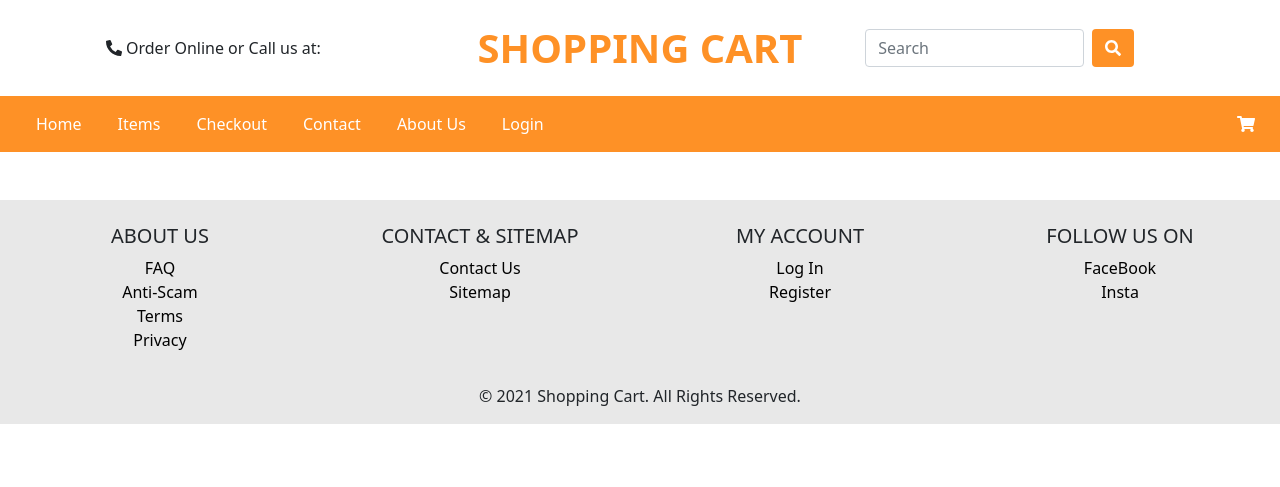
Repository: SaudCh/React-Ecommerce
Page: /cart
The author's editor kept a copy of each file at every save. The page is drawn from the files as they stood at one save, then again after the next save.
The browser window is 1280 px wide. The pictures show the whole page.
The project was rebuilt for these pictures with package versions that can differ from the ones it lists, and the page was loaded fresh each time. Also part of the build but not shown: src/App.css, src/Home/Carousel.jsx, src/data/items.js, src/data/discounted.js, src/Home/Card.jsx, src/Home/home.jsx, src/Login/Login.jsx, src/Register/register.jsx and 3 more.

Above is the page before, as saved 2021-12-22 15:37:16.

### src/App.js
import "./App.css";
import Header from "./Header/Header";
import "../node_modules/bootstrap/dist/css/bootstrap.min.css";
import "../node_modules/bootstrap/dist/js/bootstrap.bundle.min";
import Home from "./Home/home";
import { BrowserRouter, Switch, Route } from "react-router-dom";
import Login from "./Login/Login";
import Register from "./Register/register";
import Item from "./Item/item";
import Footer from "./Footer/Footer";
import React, { useState } from "react";
import Cart from "./Cart/Cart";
import CheckOut from "./CheckOut/CheckOut";

function App() {
  const [cart, setCart] = useState([]);
  const cartHandler = (prod) => {
    //console.log(prod);
    setCart((product) => [...product, prod]);
    //console.log(cart);
  };
  const removeCart = (id) => {
    //console.log(id);
    setCart((c) => {
      return c.filter((ca) => ca.id !== id);
    });
  };
  return (
    <BrowserRouter>
      <Header cart={cart} />
      <Switch>
        <Route path="/" exact>
          <Home cartHandler={cartHandler} />
        </Route>
        <Route path="/product/:pid" exact>
          <Item />
        </Route>
        <Route path="/login" exact>
          <Login />
        </Route>
        <Route path="/register" exact>
          <Register />
        </Route>
        <Route path="/cart" exact>
          {/* <Register /> */}
          <Cart cart={cart} removeCart={removeCart} />
        </Route>
        <Route path="/checkout" exact>
          <CheckOut />
        </Route>
      </Switch>
      <Footer />
    </BrowserRouter>
  );
}

export default App;

### src/Header/Header.jsx
import {
  faPhoneAlt,
  faSearch,
  faShoppingCart,
} from "@fortawesome/free-solid-svg-icons";
import { FontAwesomeIcon } from "@fortawesome/react-fontawesome";
import React from "react";
import { Link } from "react-router-dom";
import "./Header.css";

export default function Header(props) {
  return (
    <div>
      <nav className="container-fluid  my-4">
        <div className="row align-items-center">
          <div className="col-12 col-md-4 my-2 my-lg-0 text-center ">
            <p className="m-0 p-0">
              <FontAwesomeIcon icon={faPhoneAlt} /> Order Online or Call us at:{" "}
            </p>
          </div>
          <div className="col-12 col-md-4 my-2 my-lg-0 text-center">
            <p className="m-0 fw-bold h1" style={{ color: "#fe9126" }}>
              SHOPPING CART
            </p>
          </div>
          <div className="col-12 col-md-4 my-2 my-lg-0 text-center">
            <form class="d-flex col-12 col-lg-8">
              <input
                class="form-control me-2"
                type="search"
                placeholder="Search"
                aria-label="Search"
              />
              <button
                class="btn text-white"
                style={{ backgroundColor: "#fe9126" }}
                type="submit"
              >
                <FontAwesomeIcon icon={faSearch} />
              </button>
            </form>
          </div>
        </div>
      </nav>
      <nav
        class="navbar navbar-expand-md navbar-dark"
        style={{ backgroundColor: "#fe9126" }}
      >
        <div class="container-fluid">
          <Link class="navbar-brand" href="#"></Link>

          <button
            class="navbar-toggler"
            type="button"
            data-bs-toggle="collapse"
            data-bs-target="#navbarSupportedContent"
            aria-controls="navbarSupportedContent"
            aria-expanded="false"
            aria-label="Toggle navigation"
          >
            <span class="navbar-toggler-icon"></span>
          </button>
          <div class="collapse navbar-collapse" id="navbarSupportedContent">
            <ul class="navbar-nav me-auto mb-2 mb-lg-0 nav-ul">
              <li class="nav-item">
                <Link class="nav-link  text-white" aria-current="page" to="/">
                  Home
                </Link>
              </li>
              <li class="nav-item">
                <Link class="nav-link  text-white" to="#">
                  Items
                </Link>
              </li>

              <li class="nav-item">
                <Link
                  class="nav-link text-white"
                  to="#"
                  tabindex="-1"
                  aria-disabled="true"
                >
                  Checkout
                </Link>
              </li>
              <li class="nav-item">
                <Link
                  class="nav-link text-white"
                  to="#"
                  tabindex="-1"
                  aria-disabled="true"
                >
                  Contact
                </Link>
              </li>
              <li class="nav-item">
                <Link
                  class="nav-link text-white"
                  to="#"
                  tabindex="-1"
                  aria-disabled="true"
                >
                  About Us
                </Link>
              </li>
              <li class="nav-item">
                <Link
                  class="nav-link text-white"
                  to="/login"
                  tabindex="-1"
                  aria-disabled="true"
                >
                  Login
                </Link>
              </li>
            </ul>
            <Link to="/cart" className="btn text-white">
              <FontAwesomeIcon icon={faShoppingCart} />
              {props.cart.length ? (
                <span
                  className="bg-danger"
                  style={{
                    borderRadius: "50%",
                    position: "absolute",
                    top: 10,
                    right: 10,
                    height: 20,
                    width: 20,
                    display: "flex",
                    alignItems: "center",
                    justifyContent: "center",
                  }}
                >
                  {props.cart.length}
                </span>
              ) : null}
            </Link>
          </div>
        </div>
      </nav>
    </div>
  );
}

### src/Footer/Footer.jsx
import React from "react";
import "./footer.css";

export default function Footer() {
  return (
    <footer
      style={{ backgroundColor: "#e8e8e8" }}
      class="page-footer font-small blue pt-4 mt-5"
    >
      <div class="container-fluid text-center text-md-left">
        <div class="row">
          <div class="col-md-3 mb-md-0 mb-3">
            <h5 class="text-uppercase">ABOUT US</h5>

            <ul class="list-unstyled">
              <li>
                <a href="#!">FAQ</a>
              </li>
              <li>
                <a href="#!">Anti-Scam</a>
              </li>
              <li>
                <a href="#!">Terms</a>
              </li>
              <li>
                <a href="#!">Privacy</a>
              </li>
            </ul>
          </div>
          <div class="col-md-3 mb-md-0 mb-3">
            <h5 class="text-uppercase">CONTACT & SITEMAP</h5>

            <ul class="list-unstyled">
              <li>
                <a href="#!">Contact Us</a>
              </li>
              <li>
                <a href="#!">Sitemap</a>
              </li>
            </ul>
          </div>
          <div class="col-md-3 mb-md-0 mb-3">
            <h5 class="text-uppercase">MY ACCOUNT</h5>

            <ul class="list-unstyled">
              <li>
                <a href="#!">Log In</a>
              </li>
              <li>
                <a href="#!">Register</a>
              </li>
            </ul>
          </div>

          <div class="col-md-3 mb-md-0 mb-3">
            <h5 class="text-uppercase">FOLLOW US ON</h5>

            <ul class="list-unstyled">
              <li>
                <a href="#!">FaceBook</a>
              </li>
              <li>
                <a href="#!">Insta</a>
              </li>
            </ul>
          </div>
        </div>
      </div>

      <div class="footer-copyright text-center py-3">
        © 2021 Shopping Cart. All Rights Reserved.
      </div>
    </footer>
  );
}

### src/Header/Header.css
.nav-ul li {
  margin-right: 20px;
}

### src/Footer/footer.css
* {
  margin: 0;
  padding: 0;
}
.links {
  color: black;
  text-decoration: none;
}
.links:hover {
  color: black;
}

footer a {
  color: black;
  text-decoration: none;
}
footer a:hover {
  color: black;
}

### src/Cart/Cart.jsx
import { faArrowRight, faTrash } from "@fortawesome/free-solid-svg-icons";
import { FontAwesomeIcon } from "@fortawesome/react-fontawesome";
import React from "react";

export default function Cart(props) {
  if (props.cart.length === 0) {
    return null;
  }
  return (
    <div className="p-5">
      <table class="table align-middle">
        <thead>
          <tr>
            <th scope="col">#</th>
            <th scope="col">Image</th>
            <th scope="col">Name</th>
            <th scope="col">Price</th>
            <th scope="col">Quantity</th>
            <th scope="col">Options</th>
          </tr>
        </thead>
        <tbody>
          {props.cart.map((e, index) => (
            <tr>
              <th scope="row">{index + 1}</th>
              <td>
                <img src={e.img} width={80} alt="" />
              </td>
              <td>{e.name}</td>
              <td>{e.price}</td>
              <td>
                <div className="d-flex">
                  <p
                    className="bg-danger text-white"
                    style={{ width: 20, paddingLeft: "7px" }}
                  >
                    -
                  </p>
                  <p className="mx-2">1</p>
                  <p
                    className="bg-info text-white"
                    style={{ width: 20, paddingLeft: "5px" }}
                  >
                    +
                  </p>
                </div>
              </td>
              <td>
                <button
                  onClick={() => props.removeCart(e.id)}
                  className="btn btn-danger btn-sm"
                >
                  <FontAwesomeIcon icon={faTrash} />
                </button>
              </td>
            </tr>
          ))}
        </tbody>
      </table>
      {props.cart.length ? (
        <div
          className="bg-danger d-flex justify-content-center rounded "
          style={{
            position: "absolute",
            right: "30px",
            width: 250,
            height: 30,
            paddingTop: 1,
          }}
        >
          <p className="text-white fw-bold">
            Total: 100Rs Continue <FontAwesomeIcon icon={faArrowRight} />
          </p>
        </div>
      ) : null}
    </div>
  );
}

Loaded but not shown: public/index.html (common file); src/index.js (common file); src/reportWebVitals.js (common file)

After the next save:
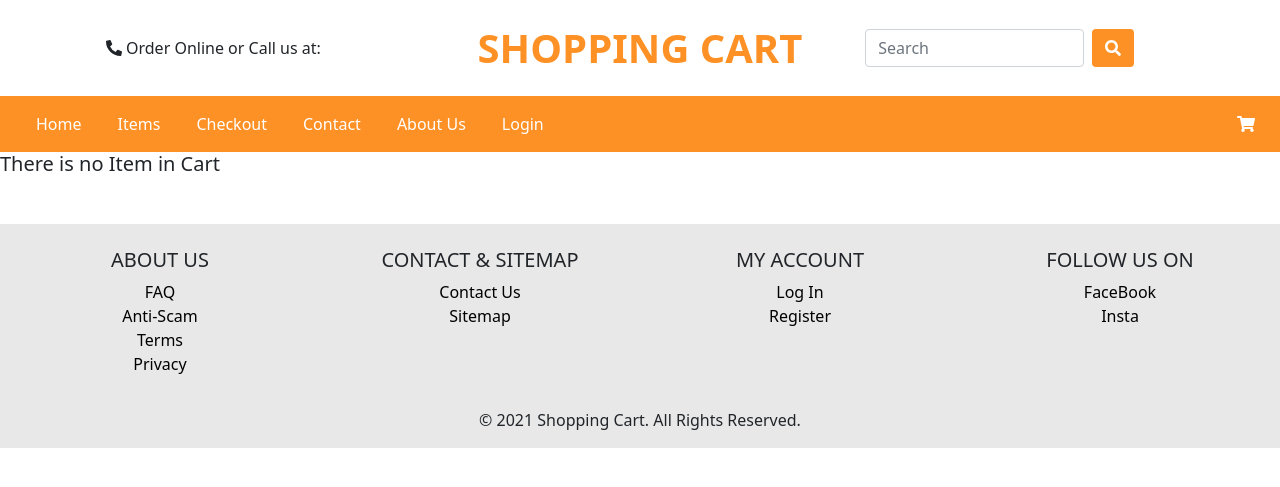
Saved 23 s later.
--- a/src/Cart/Cart.jsx
+++ b/src/Cart/Cart.jsx
@@ -4,7 +4,11 @@ import React from "react";
 
 export default function Cart(props) {
   if (props.cart.length === 0) {
-    return null;
+    return (
+      <div>
+        <h5>There is no Item in Cart</h5>
+      </div>
+    );
   }
   return (
     <div className="p-5">
